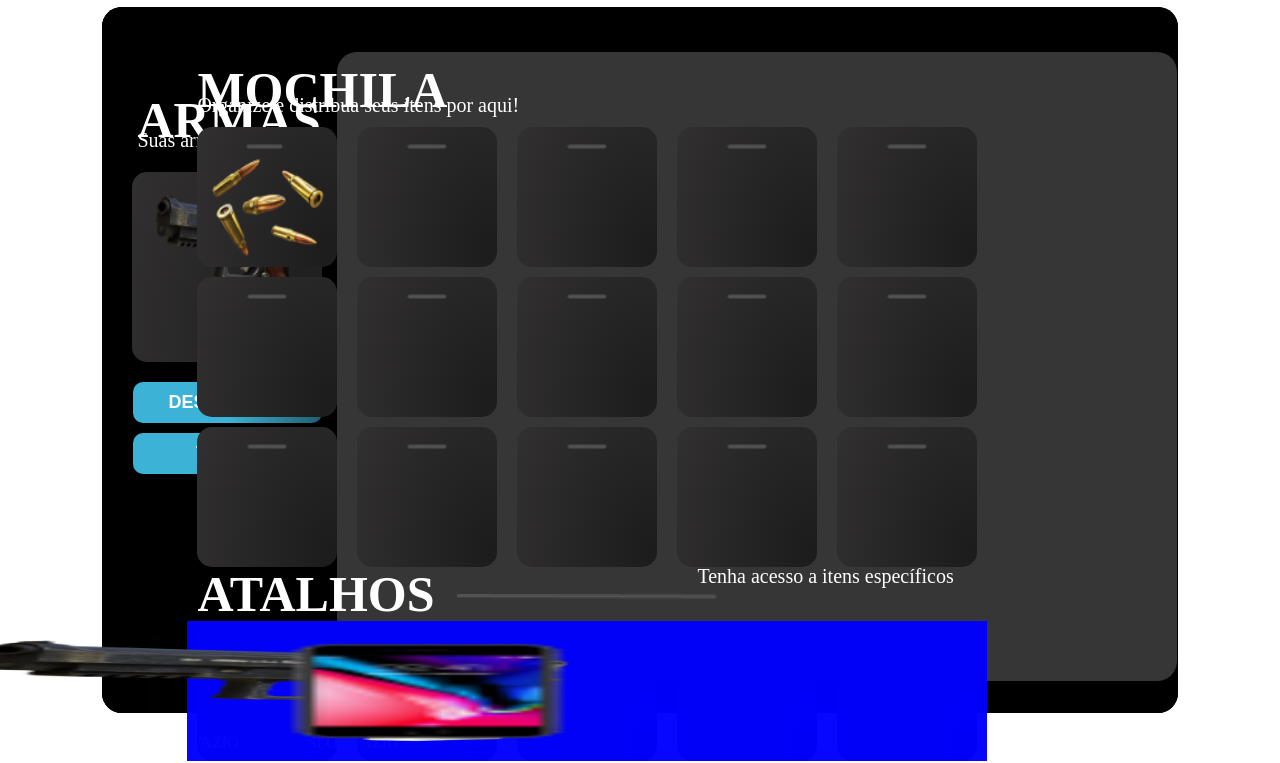
Repository: DuMCorrea/Mochila
Page: index.html
These files come from the project's save history. The page is drawn as it stood at one moment and after the next save; the edit follows.
The browser window is 1280 px wide. The pictures show the whole page.
Some web fonts or font styles are not loaded; a fallback is used.

Above is the page before, as saved 2024-09-03 10:47:37.

### index.html
<!DOCTYPE html>
<html lang="pt-BR">
<head>
    <meta charset="UTF-8">
    <meta name="viewport" content="width=device-width, initial-scale=1.0">
    <link href="https://fonts.googleapis.com/css2?family=Baloo+Bhai+2&display=swap" rel="stylesheet">
    <title>Modelo de Tela</title>
    <link rel="stylesheet" href="styles.css">
</head>
<body>
    <div class="container">
        <div class="background-rectangle">
            <div class="left-div">
                <div class="content-left">
                    <h1>ARMAS</h1>
                    <p>Suas armas equipadas!</p>
                    <div class="image-container">
                        <img src="assets/ARMA.png" alt="Imagem" />
                    </div>
                    <button class="desequipar-btn">DESEQUIPAR</button>
                    <button class="todas">TODAS</button>
                </div>
            </div>
            <div class="right-div">
                <div class="content-right">
                    <h1>MOCHILA</h1>
                    <p>Organize e distribua seus itens por aqui!</p>
                    <div class="squares-container">
                        <div class="square">
                            <img src="assets/traco.png" alt="Imagem" class="square-image-unic">
                            <img src="assets/balas.png" alt="Imagem" class="shots-image">
                        </div>
                        <div class="square">
                            <img src="assets/traco.png" alt="Imagem" class="square-image">
                        </div>
                        <div class="square">
                            <img src="assets/traco.png" alt="Imagem" class="square-image">
                        </div>
                        <div class="square">
                            <img src="assets/traco.png" alt="Imagem" class="square-image">
                        </div>
                        <div class="square">
                            <img src="assets/traco.png" alt="Imagem" class="square-image">
                        </div>
                    </div>
                    <!-- Segunda linha de quadrados -->
                    <div class="squares-containerr">
                        <div class="square">
                            <img src="assets/traco.png" alt="Imagem" class="square-image">
                        </div>
                        <div class="square">
                            <img src="assets/traco.png" alt="Imagem" class="square-image">
                        </div>
                        <div class="square">
                            <img src="assets/traco.png" alt="Imagem" class="square-image">
                        </div>
                        <div class="square">
                            <img src="assets/traco.png" alt="Imagem" class="square-image">
                        </div>
                        <div class="square">
                            <img src="assets/traco.png" alt="Imagem" class="square-image">
                        </div>
                    </div>

                    <!-- Terceira linha de quadrados -->
                    <div class="squares-containerrr">
                        <div class="square">
                            <img src="assets/traco.png" alt="Imagem" class="square-image">
                        </div>
                        <div class="square">
                            <img src="assets/traco.png" alt="Imagem" class="square-image">
                        </div>
                        <div class="square">
                            <img src="assets/traco.png" alt="Imagem" class="square-image">
                        </div>
                        <div class="square">
                            <img src="assets/traco.png" alt="Imagem" class="square-image">
                        </div>
                        <div class="square">
                            <img src="assets/traco.png" alt="Imagem" class="square-image">
                        </div>
                        </div>
                        <div class="atalhos-title-container">
                            <h1 class="atalhos-title">
                                ATALHOS
                                <img src="assets/linhaGrande.png" alt="Descrição da Imagem" class="atalhos-image">
                                <p class="atalhos-paragraph">Tenha acesso a itens específicos</p>
                            </h1>
                        </div>
                        <div class="shortcuts-container">
                            <div class="square">
                                <div class="blue-squaree"></div>
                                <img src="assets/ARMA.png" class="arma-image">
                                <p style="font-size: 16px; position: relative; top: 60px; right: 50px; white-space: nowrap;" >SLOT VAZIO</p>
                            </div>
                            <div class="square">
                                <div class="blue-squaree"></div>
                                <img src="assets/celular.png" class="cell-image">
                                <p  style="font-size: 16px; position: relative; top: 60px; right: 50px; white-space: nowrap;" >SLOT VAZIO</p>
                            </div>
                            <div class="square">
                                <div class="blue-square"></div>
                            </div>
                            <div class="square">
                                <div class="blue-square"></div>
                            </div>
                            <div class="square">
                                <div class="blue-square"></div>
                            </div>
                        </div>

                        </div>
                        </div>
                        </div>
                        </div>
                        </body>

                        </html>

### styles.css
body, html {
    margin: 0;
    padding: 0;
    width: 100%;
    height: 100%;
    display: flex;
    justify-content: center;
    align-items: center;
    background-color: white; /* Fundo preto para o body */
    font-family: 'Baloo Bhai 2', cursive; /* Aplicando a fonte Baloo Bhai */
}

.container {
    width: 84%; /* Largura da div principal */
    height: 98%; /* Altura da div principal */
    display: flex;
    justify-content: center;
    align-items: center;
    background-color: #000000; /* Fundo preto para a div principal */
    border-radius: 20px; /* Canto arredondado */
    font-family: 'Baloo Bhai 2', cursive; /* Aplicando a fonte Baloo Bhai */
}

.background-rectangle {
    width: 100%;
    height: 100%;
    background: #000000; /* Fundo preto para o retângulo principal */
    border-radius: 20px; /* Cantos arredondados */
    display: flex;
}

.left-div {
    width: 22%; /* 25% da largura da tela */
    height: 100%;
    background-color: #000000; /* Fundo preto para a div esquerda */
    display: flex;
    justify-content: center;
    align-items: center;
    border-radius: 20px 0 0 20px; /* Canto arredondado à esquerda */
    font-family: 'Baloo Bhai 2', cursive; /* Aplicando a fonte Baloo Bhai */
}

.right-div {
    width: calc(110% - 20px); /* 73% da largura da tela menos a margem */
    height: calc(92% - 20px); /* 95% da altura menos a margem */
    background-color: #363636; /* Fundo cinza para a div direita */
    display: flex;
    justify-content: center;
    align-items: center;
    margin: 45px; /* Margem em torno da div da direita */
    border-radius: 20px; /* Cantos arredondados */
    font-family: 'Baloo Bhai 2', cursive; /* Aplicando a fonte Baloo Bhai */
}


/* DIV DA ESQUERDA */

.content-left {
    text-align: justify; /* Justifica o texto */
    display: flex;
    flex-direction: column;
    justify-content: flex-start; /* Alinha os elementos ao topo da div */
    align-items: center; /* Centraliza horizontalmente */
    height: 100%; /* Ocupa toda a altura da div esquerda */
    padding-top: 100px; /* Adiciona um espaçamento do topo */
}

.left-div h1 {
    color: white; /* Cor branca para o título */
    font-size: 50px; /* Tamanho da fonte do título */
    margin-bottom: -20px; /* Espaçamento negativo para aproximar o parágrafo */
    font-weight: 900;
    width: 100%; /* Para garantir que a justificação funcione */
    text-align: justify; /* Justifica o texto do título */
    position: relative;
    left: 35px;
}

.left-div p {
    color: white; /* Cor branca para a frase */
    font-size: 20px; /* Tamanho da fonte da frase */
    margin-top: 0; /* Remove a margem superior do parágrafo */
    width: 100%; /* Para garantir que a justificação funcione */
    text-align: justify; /* Justifica o texto da frase */
    font-weight: 100;
    position: relative;
    left: 35px;
}

.image-container {
    width: 190px; /* Largura do quadrado */
    height: 190px; /* Altura do quadrado */
    background: radial-gradient(547.21% 823.76% at 94.51% 88.04%, #1D1C1C 0%, #837E7E 100%); /* Fundo com gradiente */
    border-radius: 15px; /* Borda arredondada */
    display: flex;
    justify-content: center;
    align-items: center;
    margin-top: 0px; /* Espaçamento acima da imagem */
    position: relative;
    left: 30px;
}

.image-container img {
    width: 85%; /* Ajusta o tamanho da imagem para caber no container */
    height: 85%; /* Ajusta o tamanho da imagem para caber no container */
    border-radius: 15px; /* Borda arredondada da imagem para combinar com o container */
}

.desequipar-btn {
    margin-top: 20px; /* Espaçamento acima do botão */
    padding: 10px 20px; /* Espaçamento interno do botão */
    background: linear-gradient(90deg, #3CB3D6 49.9%, #1F5E70 100%); /* Fundo com gradiente */
    color: white; /* Cor do texto */
    font-size: 18px; /* Tamanho da fonte */
    font-weight: bold; /* Negrito no texto */
    border: none; /* Remove a borda padrão do botão */
    border-radius: 10px; /* Bordas arredondadas */
    cursor: pointer; /* Cursor de ponteiro ao passar o mouse */
    text-align: center; /* Centraliza o texto no botão */
    width: 189px; /* Largura do botão */
    position: relative;
    left: 30px;
}

.todas {
    margin-top: 10px; /* Espaçamento acima do botão */
    padding: 10px 20px; /* Espaçamento interno do botão */
    background: linear-gradient(90deg, #3CB3D6 49.9%, #1F5E70 100%); /* Fundo com gradiente */
    color: white; /* Cor do texto */
    font-size: 18px; /* Tamanho da fonte */
    font-weight: bold; /* Negrito no texto */
    border: none; /* Remove a borda padrão do botão */
    border-radius: 10px; /* Bordas arredondadas */
    cursor: pointer; /* Cursor de ponteiro ao passar o mouse */
    text-align: center; /* Centraliza o texto no botão */
    width: 189px; /* Largura do botão */
    position: relative;
    left: 30px;
}


/* DIV DA DIREITA */


.content-right {
    display: flex;
    flex-direction: column;
    justify-content: flex-start; /* Alinha os elementos ao topo da div */
    align-items: flex-start; /* Alinha os elementos à esquerda */
    height: 100%; /* Ocupa toda a altura da div direita */
    padding: 20px; /* Adiciona um espaçamento interno */
}

.right-div h1 {
    color: white; /* Cor branca para o título */
    font-size: 50px; /* Tamanho da fonte do título */
    margin-bottom: -20px; /* Espaçamento negativo para aproximar o parágrafo */
    font-weight: 900;
    width: 100%; /* Para garantir que a justificação funcione */
    text-align: left; /* Alinha o texto à esquerda */
    position: relative; /* Posicionamento relativo para o elemento abaixo */
    right: 160px;
    bottom: 25px;
}

.right-div p {
    color: white; /* Cor branca para a frase */
    font-size: 20px; /* Tamanho da fonte da frase */
    margin-top: 0; /* Remove a margem superior do parágrafo */
    width: 100%; /* Para garantir que a justificação funcione */
    text-align: left; /* Alinha o texto à esquerda */
    font-weight: 100;
    position: relative; /* Posicionamento relativo para o elemento abaixo */
    right: 160px;
    bottom: 30px;
}

.squares-container {
    display: flex; /* Exibe os quadrados em linha */
    justify-content: center; /* Centraliza os quadrados horizontalmente */
    align-items: center; /* Centraliza os quadrados verticalmente */
    width: 100%; /* Largura total para o contêiner */
    height: 50%; /* Altura do contêiner */
    position: relative;
    right: 170px;
    bottom: 40px;
}

.squares-containerr {
    display: flex; /* Exibe os quadrados em linha */
    justify-content: center; /* Centraliza os quadrados horizontalmente */
    align-items: center; /* Centraliza os quadrados verticalmente */
    width: 100%; /* Largura total para o contêiner */
    height: 50%; /* Altura do contêiner */
    position: relative;
    right: 170px;
    bottom: 30px;

}
.squares-containerrr {
    display: flex; /* Exibe os quadrados em linha */
    justify-content: center; /* Centraliza os quadrados horizontalmente */
    align-items: center; /* Centraliza os quadrados verticalmente */
    width: 100%; /* Largura total para o contêiner */
    height: 50%; /* Altura do contêiner */
    position: relative;
    right: 170px;
    bottom: 20px;
}

.square {
    width: 140px; /* Largura dos quadrados */
    height: 140px; /* Altura dos quadrados */
    background: radial-gradient(547.21% 823.76% at 94.51% 88.04%, #1D1C1C 0%, #837E7E 100%); /* Gradiente de fundo */
    border-radius: 15px; /* Bordas arredondadas */
    margin: 0 10px 0px 10px; /* Espaçamento entre os quadrados e entre as linhas */
    display: flex;
    justify-content: center; /* Centraliza horizontalmente o conteúdo */
    align-items: center; /* Centraliza verticalmente o conteúdo */
}

.square-image {
    width: 40px; /* Tamanho da imagem dentro dos quadrados */
    height: 5px;
    position: relative;
    bottom: 50px;
}

.square-image-unic {
    width: 40px; /* Tamanho da imagem dentro dos quadrados */
    height: 5px;
    position: relative;
    bottom: 50px;
    left: 60px;
}

.shots-image {
    width: 90%; /* Tamanho da imagem dentro dos quadrados */
    height: 70%;
    position: relative;
    top: 10px;
    right: 20px;
}


.shortcuts-container {
    display: flex;
    justify-content: center;
    align-items: center;
    width: 100%;
    position: relative;
    right: 170px;
    bottom: 80px;
}

.atalhos-title-container {
    display: flex;
    align-items: center;
    justify-content: flex-start;
    position: relative;
    right: 0px;
    bottom: 30px;
}

.atalhos-image {
    width: 260px; /* Ajuste o tamanho da imagem conforme necessário */
    height: 5px;
    position: relative;
    bottom: 12px;
    left: 10px;
}

.atalhos-paragraph {
    color: white;
    font-size: 20px; /* Ajuste o tamanho do texto conforme necessário */
    position: relative;
    top: -58px;
    left: 500px;
}

.arma-image, .cell-image {
    position: absolute;
    width: 80%;
    height: 80%;
    z-index: 2;
}

.square-image-unicc {
    width: 40px; /* Tamanho da imagem dentro dos quadrados */
    height: 5px;
    position: relative;
    bottom: 50px;
    left: 75px;
}

.blue-squaree, .blue-square {
    position: absolute;
    top: 0;
    left: 0;
    width: 100%;
    height: 100%;
    background-color: rgba(0, 0, 255, 0.5); /* Azul semi-transparente */
    z-index: 1;
}

After the next save:
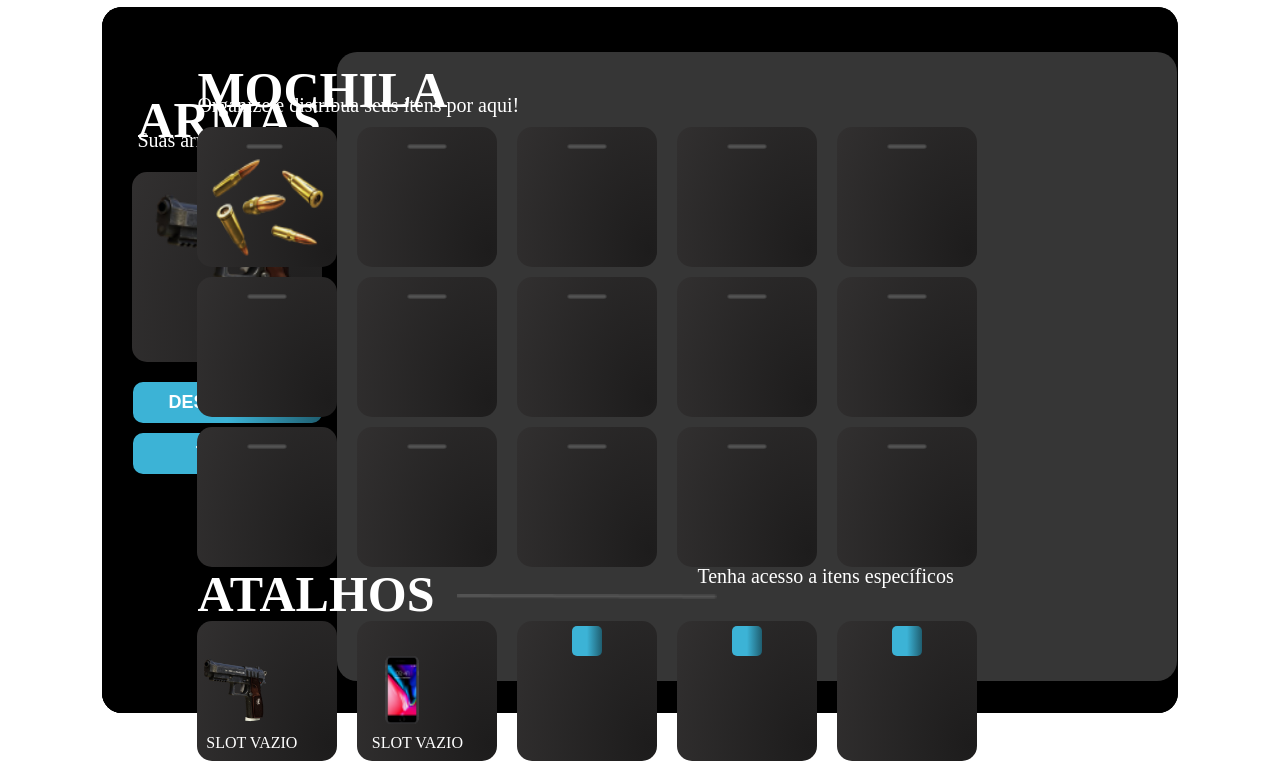
Saved 9 s later.
--- a/styles.css
+++ b/styles.css
@@ -278,11 +278,20 @@ body, html {
     left: 500px;
 }
 
-.arma-image, .cell-image {
-    position: absolute;
-    width: 80%;
-    height: 80%;
-    z-index: 2;
+.arma-image {
+    width: 70px; /* Ajuste o tamanho da imagem conforme necessário */
+    height: 70px;
+    position: relative;
+    bottom: 1px;
+    left: 13px;
+}
+
+.cell-image {
+    width: 80px; /* Ajuste o tamanho da imagem conforme necessário */
+    height: 80px;
+    position: relative;
+    bottom: 1px;
+    left: 20px;
 }
 
 .square-image-unicc {
@@ -293,12 +302,21 @@ body, html {
     left: 75px;
 }
 
-.blue-squaree, .blue-square {
-    position: absolute;
-    top: 0;
-    left: 0;
-    width: 100%;
-    height: 100%;
-    background-color: rgba(0, 0, 255, 0.5); /* Azul semi-transparente */
-    z-index: 1;
-}
+.blue-square {
+    width: 30px; /* Largura do quadrado pequeno */
+    height: 30px; /* Altura do quadrado pequeno */
+    background: linear-gradient(90deg, #3CB3D6 49.9%, #1F5E70 100%); /* Cor de fundo conforme especificado */
+    border-radius: 5px; /* Bordas levemente arredondadas, se desejar */
+    position: relative;
+    bottom: 50px;
+}
+
+.blue-squaree {
+    width: 30px; /* Largura do quadrado pequeno */
+    height: 30px; /* Altura do quadrado pequeno */
+    background: linear-gradient(90deg, #3CB3D6 49.9%, #1F5E70 100%); /* Cor de fundo conforme especificado */
+    border-radius: 5px; /* Bordas levemente arredondadas, se desejar */
+    position: relative;
+    bottom: 40px;
+    left: 50px;
+}
